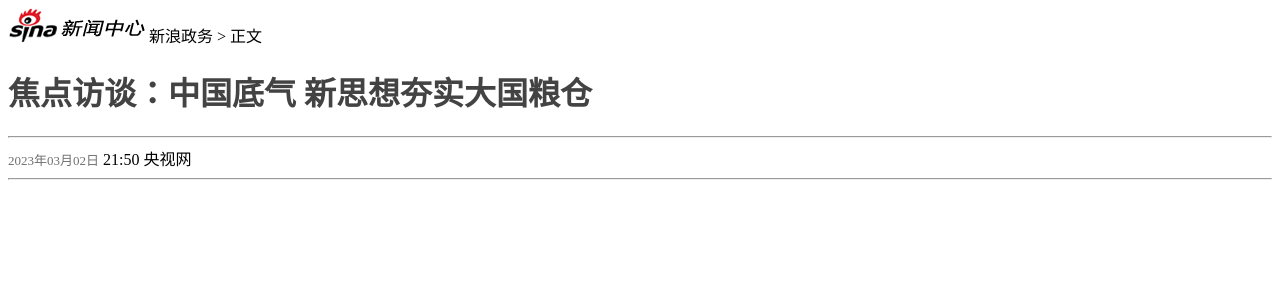
Repository: normalSp/HTMLLearn
Page: 02. 新浪新闻-标题-样式.html
These files come from the project's save history. The page is drawn as it stood at one moment and after the next save; the edit follows.
The browser window is 1280 px wide. The pictures show the whole page.

Above is the page before, as saved 2024-04-12 14:10:45.

After the next save:
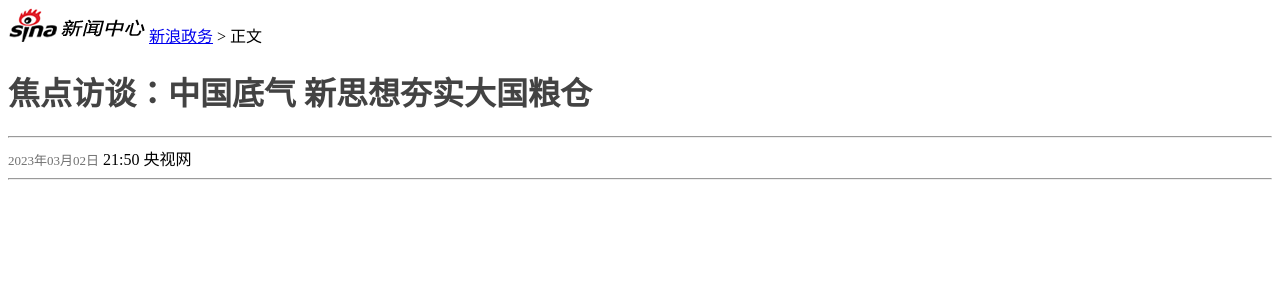
Saved 5 min 46 s later.
--- a/02. 新浪新闻-标题-样式.html
+++ b/02. 新浪新闻-标题-样式.html
@@ -21,7 +21,7 @@
 
 </head>
 <body>
-    <img src="img/news_logo.png"> 新浪政务 > 正文
+    <img src="img/news_logo.png"> <a href="http:://gov.sina.com.cn/" target="_self">新浪政务</a> > 正文
 
     <!-- 方式一：行内样式 -->
     <!-- <h1 style="color: rgb(217, 23, 23);">焦点访谈：中国底气 新思想夯实大国粮仓</h1> -->
